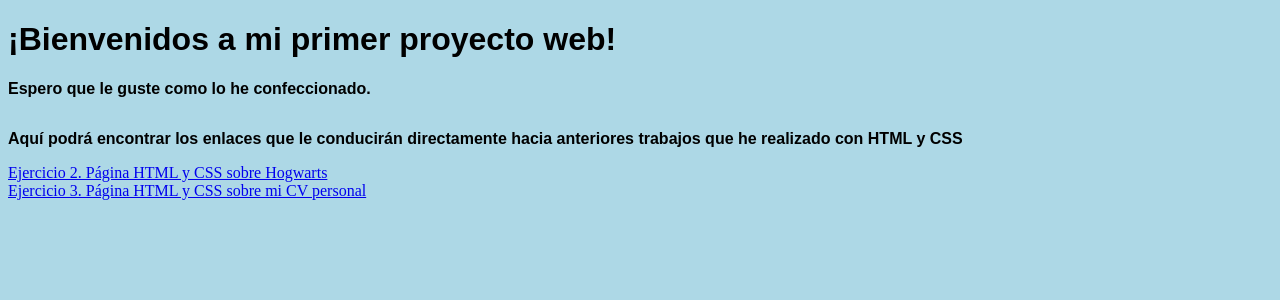
Repository: Pablosky971/Ejercicio-4.-Proyecto-Web
Page: http://localhost/Ejercicio4/
These files come from the project's save history. The page is drawn as it stood at one moment and after the next save; the edit follows.
The browser window is 1280 px wide. The pictures show the whole page.
The page is served by Tomcat 9.

Above is the page before, as saved 2022-03-09 12:43:56.

### Ejercicio4/src/main/webapp/index.html
<!DOCTYPE html>
<html>
<head>
<meta charset="UTF-8">
<title>Presentación</title>
<link rel="stylesheet" href="css/index.css">
</head>
<body>
	<header>
		<h1 class="titulo"> ¡Bienvenidos a mi primer proyecto web! </h1>
		<h3 class="subtitulo"> Espero que le guste como lo he confeccionado.</h3>

	</header>

	<main>

	<nav>
		<h3 class="navegacion"> Aquí podrá encontrar los enlaces que le conducirán directamente hacia anteriores trabajos que he realizado con HTML y CSS</h3>
		<a href="ejercicio2"> Ejercicio 2. Página HTML y CSS sobre Hogwarts</a>
		<a href="ejercicio3"> Ejercicio 3. Página HTML y CSS sobre mi CV personal</a>
	</nav>
	</main>

</body>
</html>

### Ejercicio4/src/main/webapp/css/index.css
body {
	background-color: lightblue;

}
h1.titulo {
	font-family: sans-serif;
	font-size: xx-large;

}

h3.subtitulo {
	font-family: sans-serif;
	font-size: medium;
}

h3.navegacion {
	font-family: sans-serif;
	font-size: medium;
}

nav {
	position: absolute;
	top: ;
	left: ;
	width: ;
	height: ;
	display: block;
}

a {
	display: block;
}

a:hover {
	color: green;

}

After the next save:
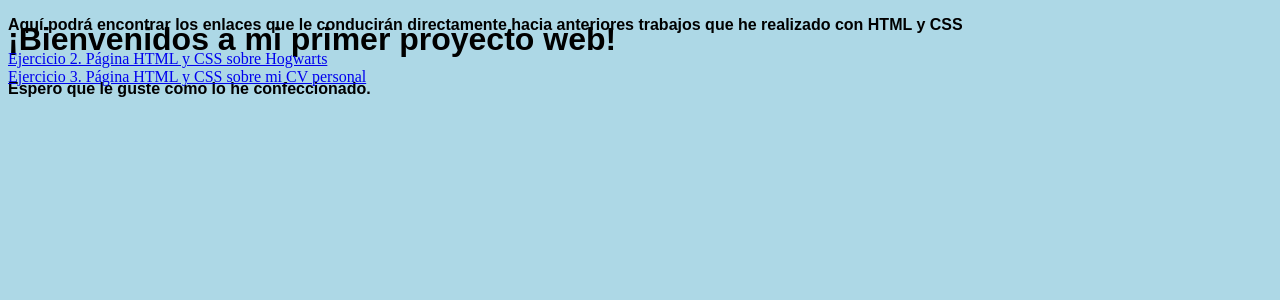
Saved 7 s later.
--- a/Ejercicio4/src/main/webapp/css/index.css
+++ b/Ejercicio4/src/main/webapp/css/index.css
@@ -20,7 +20,7 @@ h3.navegacion {
 
 nav {
 	position: absolute;
-	top: ;
+	top: 0;
 	left: ;
 	width: ;
 	height: ;
